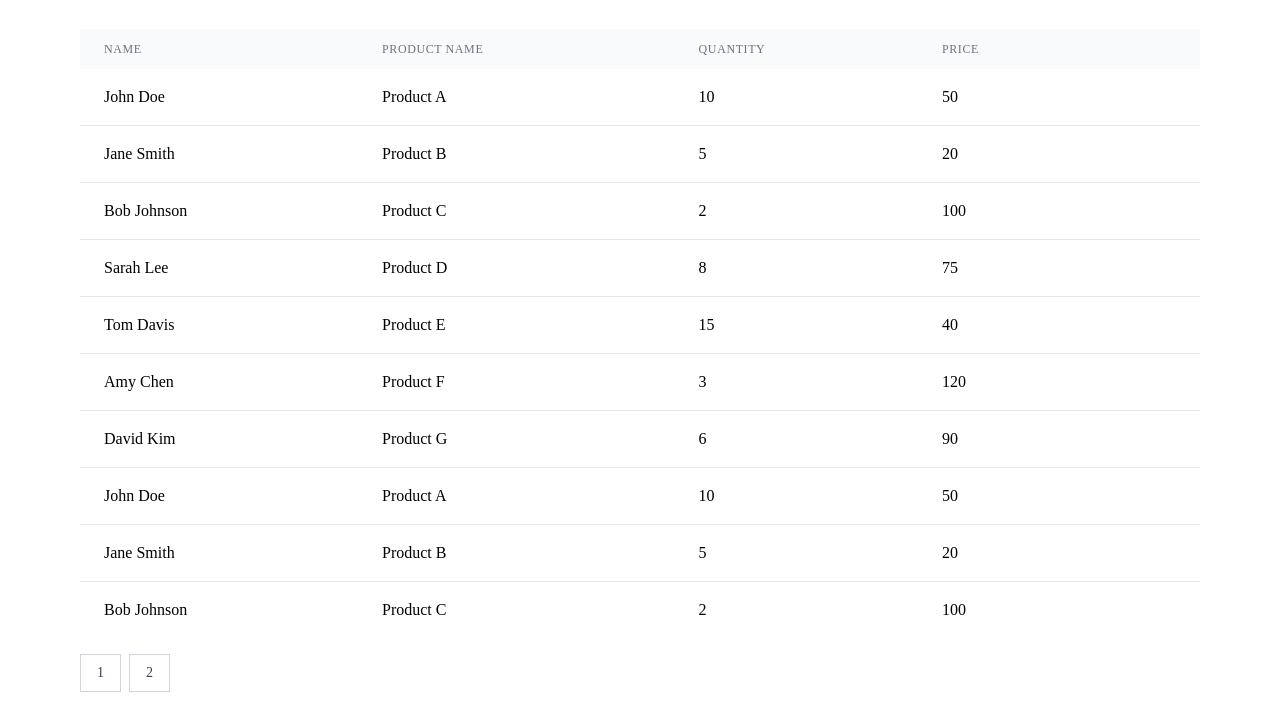
Repository: rushit163/frames-ecommerce
Page: /
These files come from the project's save history. The page is drawn as it stood at one moment and after the next save; the edit follows.
The browser window is 1280 px wide. The pictures show the whole page.
The project was rebuilt for these pictures with package versions that can differ from the ones it lists, and the page was loaded fresh each time. The framework's server and built-in components were replaced by stand-ins that run in the browser. Also part of the build but not shown: next.config.js.

Above is the page before, as saved 2023-05-06 06:53:27.

### pages/index.tsx
import Image from 'next/image'
import { Inter } from 'next/font/google';
import Admin_homePage from './Admin_homePage';
const inter = Inter({ subsets: ['latin'] })

export default function Home() {
  return (

      <Admin_homePage/>

  )
}

### styles/globals.css
@tailwind base;
@tailwind components;
@tailwind utilities;

@import url("https://fonts.googleapis.com/css2?family=Playfair+Display:ital,wght@0,400;0,500;0,600;0,700;0,800;0,900;1,400;1,500;1,600;1,700;1,800;1,900&display=swap");

.swiper {
  width: 700px;
  height: 500px;
}

### pages/Admin_homePage.tsx
import React from 'react';
import { useState } from 'react';

const products = [
    {
      id: 1,
      name: 'John Doe',
      productName: 'Product A',
      quantity: 10,
      price: 50.0
    },
    {
      id: 2,
      name: 'Jane Smith',
      productName: 'Product B',
      quantity: 5,
      price: 20.0
    },
    {
      id: 3,
      name: 'Bob Johnson',
      productName: 'Product C',
      quantity: 2,
      price: 100.0
    },
    {
      id: 4,
      name: 'Sarah Lee',
      productName: 'Product D',
      quantity: 8,
      price: 75.0
    },
    {
      id: 5,
      name: 'Tom Davis',
      productName: 'Product E',
      quantity: 15,
      price: 40.0
    },
    {
      id: 6,
      name: 'Amy Chen',
      productName: 'Product F',
      quantity: 3,
      price: 120.0
    },
    {
      id: 7,
      name: 'David Kim',
      productName: 'Product G',
      quantity: 6,
      price: 90.0
    },
    {
      id: 8,
      name: 'John Doe',
      productName: 'Product A',
      quantity: 10,
      price: 50.0
    },
    {
      id: 9,
      name: 'Jane Smith',
      productName: 'Product B',
      quantity: 5,
      price: 20.0
    },
    {
      id: 10,
      name: 'Bob Johnson',
      productName: 'Product C',
      quantity: 2,
      price: 100.0
    },
    {
      id: 11,
      name: 'Sarah Lee',
      productName: 'Product D',
      quantity: 8,
      price: 75.0
    },
    {
      id: 12,
      name: 'Tom Davis',
      productName: 'Product E',
      quantity: 15,
      price: 40.0
    },
    {
      id: 13,
      name: 'Amy Chen',
      productName: 'Product F',
      quantity: 3,
      price: 120.0
    },
    {
      id: 14,
      name: 'David Kim',
      productName: 'Product G',
      quantity: 6,
      price: 90.0
    }
  ];


  const Admin_homePage = () => {
    const [currentPage, setCurrentPage] = useState(1);
    const [itemsPerPage, setItemsPerPage] = useState(10);

    // Logic to get current items
    const indexOfLastItem = currentPage * itemsPerPage;
    const indexOfFirstItem = indexOfLastItem - itemsPerPage;
    const currentItems = products.slice(indexOfFirstItem, indexOfLastItem);

    // Logic to paginate
    const pageNumbers = [];
    for (let i = 1; i <= Math.ceil(products.length / itemsPerPage); i++) {
      pageNumbers.push(i);
    }

    const renderPageNumbers = pageNumbers.map(number => {
      return (
        <li
          key={number}
          className={`relative inline-flex items-center px-4 py-2 border border-gray-300 bg-white text-sm font-medium text-gray-700 hover:bg-gray-50 ${currentPage === number ? 'bg-gray-200' : ''}`}
          onClick={() => setCurrentPage(number)}
        >
          {number}
        </li>
      );
    });

    return (
      <div className="flex items-center justify-center h-screen md:pl-20 md:pr-20">
  <div className="w-full h-200">
    <table className="w-full h-32">
      <thead className="bg-gray-50">
        <tr>
          <th
            scope="col"
            className="px-6 py-3 text-left text-xs font-medium text-gray-500 uppercase tracking-wider"
          >
            Name
          </th>
          <th
            scope="col"
            className="px-6 py-3 text-left text-xs font-medium text-gray-500 uppercase tracking-wider"
          >
            Product Name
          </th>
          <th
            scope="col"
            className="px-6 py-3 text-left text-xs font-medium text-gray-500 uppercase tracking-wider"
          >
            Quantity
          </th>
          <th
            scope="col"
            className="px-6 py-3 text-left text-xs font-medium text-gray-500 uppercase tracking-wider"
          >
            Price
          </th>
          <th scope="col" className="relative px-6 py-3">
            <span className="sr-only">Edit</span>
          </th>
        </tr>
      </thead>
      <tbody className="bg-white divide-y divide-gray-200">
        {currentItems.length === 0 ? (
          <tr>
            <td colSpan="5" className="text-center p-4">
              <h1>No items present in the table</h1>
            </td>
          </tr>
        ) : (
          currentItems.map((product) => (
            <tr key={product.id} className="hover:bg-gray-100">
              <td className="px-6 py-4 whitespace-nowrap">{product.name}</td>
              <td className="px-6 py-4 whitespace-nowrap">{product.productName}</td>
              <td className="px-6 py-4 whitespace-nowrap">{product.quantity}</td>
              <td className="px-6 py-4 whitespace-nowrap">{product.price}</td>
            </tr>
          ))
        )}
      </tbody>
    </table>
    <ul className="flex space-x-2 mt-4">{renderPageNumbers}</ul>
  </div>
</div>

    );
  };

export default Admin_homePage;

### tailwind.config.js
/** @type {import('tailwindcss').Config} */
module.exports = {
  content: [
    "./pages/**/*.{js,ts,jsx,tsx,mdx}",
    "./components/**/*.{js,ts,jsx,tsx,mdx}",
    "./app/**/*.{js,ts,jsx,tsx,mdx}",
  ],
  theme: {
    extend: {
      colors: {
        primary: "#ffffff",
        secondary: "#7e57c2",
      },
      fontFamily: {
        primary: ["Playfair Display", "serif"],
      },
    },
  },
  plugins: [require("@tailwindcss/forms")],
};

### components/Navbar.tsx
import Link from 'next/link';
import React, { useState } from 'react';


const Navbar = () => {
  const [nav, setNav] = useState(false);

  const handleNav = () => {
    setNav(!nav);
  };


  return (
    <div className='sticky bg-primary left-0 top-0 w-full ease-in duration-300 shadow-xl'>
      <div className='max-w-[1240px] m-auto flex justify-between items-center p-4 text-black'>
        <Link href='/'>
          <h1  className='font-bold text-4xl'>
            Specs
          </h1>
        </Link>
        <ul className='hidden sm:flex'>
          <li className='p-4'>
            <Link href='/'>Home</Link>
          </li>
          <li className='p-4'>
            <Link href='/#gallery'>Gallery</Link>
          </li>
          <li className='p-4'>
            <Link href='/work'>Work</Link>
          </li>
          <li className='p-4'>
            <Link href='/contact'>Contact</Link>
          </li>
        </ul>

        {/* Mobile Button */}
        <div onClick={handleNav} className='block sm:hidden z-10 cursor-pointer'>
          {nav ? (
            <div>
                <svg xmlns="http://www.w3.org/2000/svg" fill="none" viewBox="0 0 24 24" strokeWidth={1.5} stroke="currentColor" className="w-6 h-6">
                <path strokeLinecap="round" strokeLinejoin="round" d="M6 18L18 6M6 6l12 12" />
                </svg>

            </div>
          ) : (
            <div >
                <svg xmlns="http://www.w3.org/2000/svg" fill="none" viewBox="0 0 24 24" strokeWidth={1.5}  stroke="currentColor" className="w-6 h-6">
                 <path strokeLinecap="round" strokeLinejoin="round" d="M3.75 5.25h16.5m-16.5 4.5h16.5m-16.5 4.5h16.5m-16.5 4.5h16.5" />
                </svg>
            </div>
          )}
        </div>
        {/* Mobile Menu */}
        <div
          className={
            nav
              ? 'sm:hidden absolute top-0 left-0 right-0 bottom-0 flex justify-center items-center w-full h-screen bg-primary bg-opacity-70 backdrop-blur-sm text-center ease-in duration-300'
              : 'sm:hidden absolute top-0 left-[-100%] right-0 bottom-0 flex justify-center items-center w-full h-screen bg-primary text-center ease-in duration-300 bg-opacity-70 backdrop-blur-sm'
          }
        >
          <ul>
            <li onClick={handleNav} className='p-4 text-4xl '>
              <Link href='/'>Home</Link>
            </li>
            <li onClick={handleNav} className='p-4 text-4xl '>
              <Link href='/#gallery'>Gallery</Link>
            </li>
            <li onClick={handleNav} className='p-4 text-4xl '>
              <Link href='/work'>Work</Link>
            </li>
            <li onClick={handleNav} className='p-4 text-4xl'>
              <Link href='/contact'>Contact</Link>
            </li>
          </ul>
        </div>
      </div>
    </div>
  );
};




export default Navbar;

Loaded but not shown: pages/_app.tsx (common file); pages/_document.tsx (common file)

After the next save:
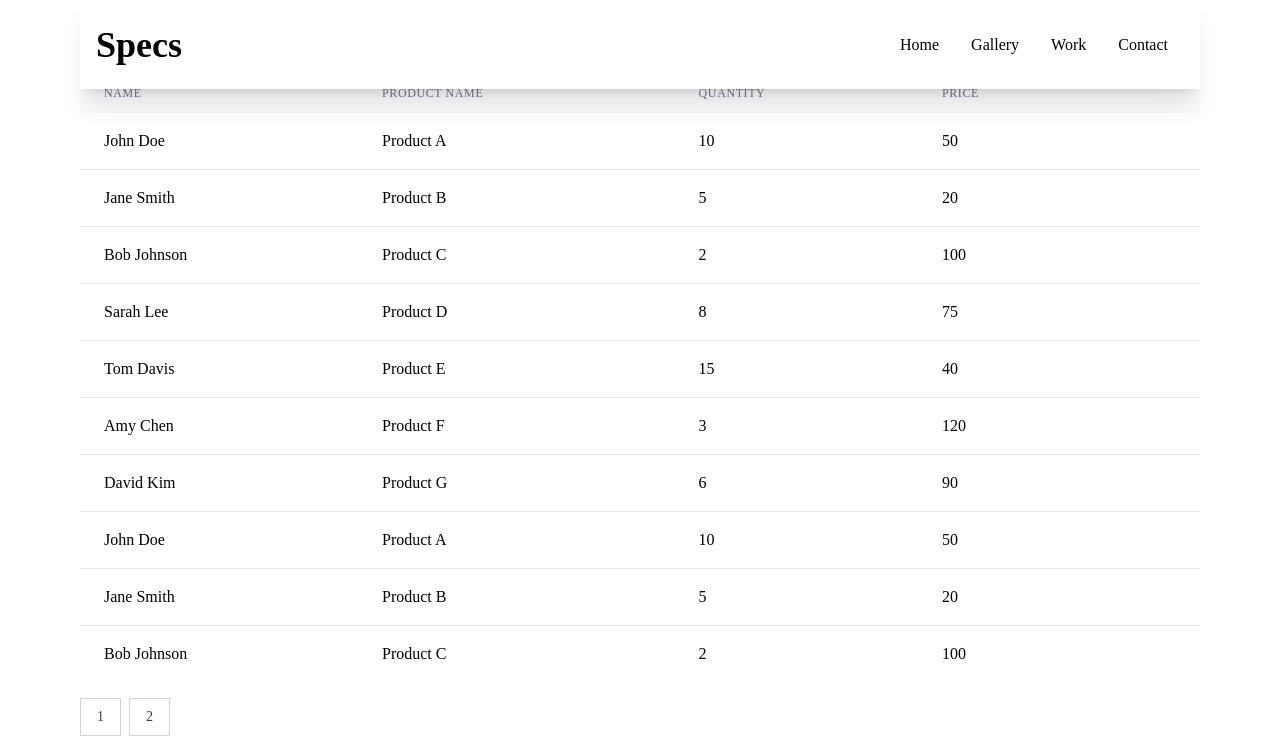
Saved 48 s later.
--- a/pages/Admin_homePage.tsx
+++ b/pages/Admin_homePage.tsx
@@ -1,3 +1,4 @@
+import Navbar from '@/components/Navbar';
 import React from 'react';
 import { useState } from 'react';
 
@@ -133,6 +134,7 @@ const products = [
     return (
       <div className="flex items-center justify-center h-screen md:pl-20 md:pr-20">
   <div className="w-full h-200">
+    <Navbar/>
     <table className="w-full h-32">
       <thead className="bg-gray-50">
         <tr>
